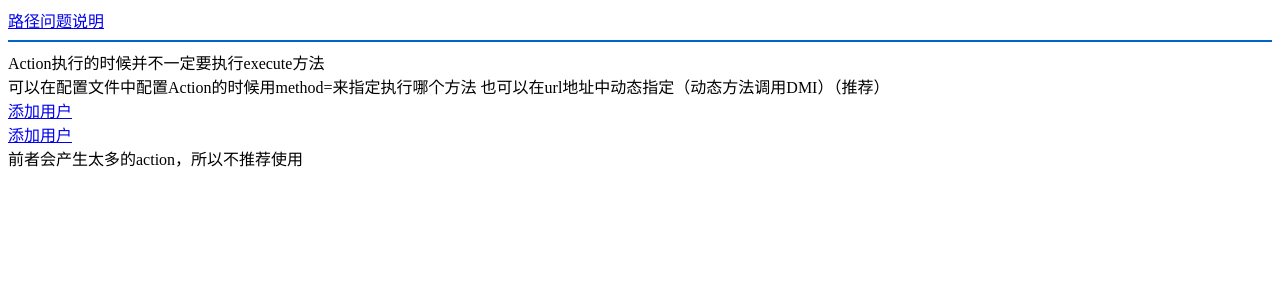
Repository: chellong/StrutsBasic
Page: http://localhost/Struts2.3Sx_1/
These files come from the project's save history. The page is drawn as it stood at one moment and after the next save; the edit follows.
The browser window is 1280 px wide. The pictures show the whole page.
The page is served by Tomcat 9. Nobody is signed in. The application's start-up code is not run. Other server files are loaded and not shown.

Above is the page before, as saved 2016-01-22 16:05:34.

### Struts2.3Sx_1/WebContent/index.jsp
<?xml version="1.0" encoding="GB18030" ?>
<%@ page language="java" contentType="text/html; charset=GB18030"
    pageEncoding="GB18030"%>

<%
String path = request.getContextPath();
String basePath = request.getScheme()+"://"+request.getServerName()+":"+request.getServerPort()+path+"/";
//在head中<base href>指定basePath
%>

<!DOCTYPE html PUBLIC "-//W3C//DTD XHTML 1.0 Transitional//EN" "http://www.w3.org/TR/xhtml1/DTD/xhtml1-transitional.dtd">
<html xmlns="http://www.w3.org/1999/xhtml">
<head>
<meta http-equiv="Content-Type" content="text/html; charset=GB18030" />
<title>Insert title here</title>
</head>
<body>
	<a href="path/path.action">路径问题说明</a>
	<hr noshade color="#0066cc"/>
	Action执行的时候并不一定要执行execute方法<br />
	可以在配置文件中配置Action的时候用method=来指定执行哪个方法
	也可以在url地址中动态指定（动态方法调用DMI）（推荐）<br />
	<a href="/user/userAdd">添加用户</a>
	<br />
	<a href="/user/user!add">添加用户</a>
	<br />
前者会产生太多的action，所以不推荐使用

</body>
</html>

After the next save:
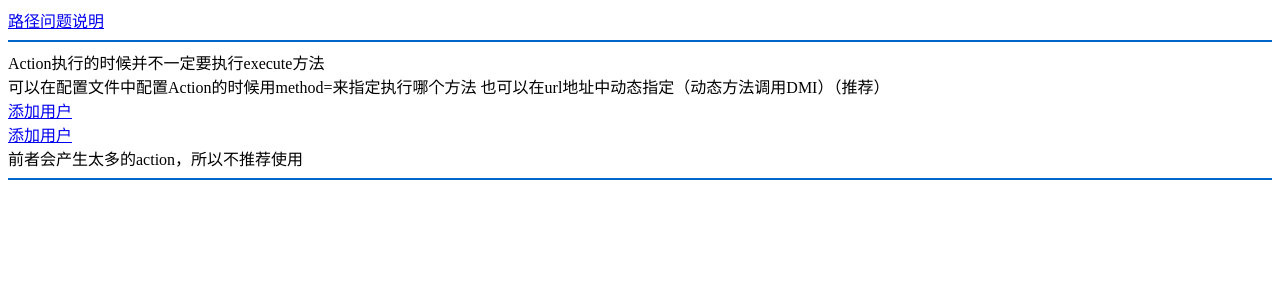
Saved 5 min 25 s later.
--- a/Struts2.3Sx_1/WebContent/index.jsp
+++ b/Struts2.3Sx_1/WebContent/index.jsp
@@ -26,5 +26,7 @@ String basePath = request.getScheme()+"://"+request.getServerName()+":"+request.
 	<br />
 前者会产生太多的action，所以不推荐使用
 
+	<hr noshade color="#0066cc"/>
+
 </body>
 </html>
